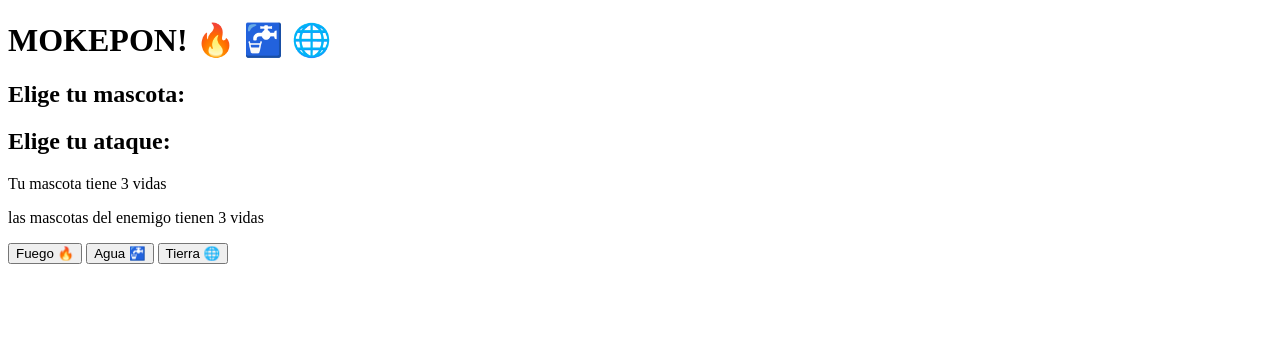
Repository: elto82/juegoMokepon
Page: mokepon/mokepon.html
The author's editor kept a copy of each file at every save. The page is drawn from the files as they stood at one save, then again after the next save.
The browser window is 1280 px wide. The pictures show the whole page.

Above is the page before, as saved 2022-07-22 20:07:40.

After the next save:
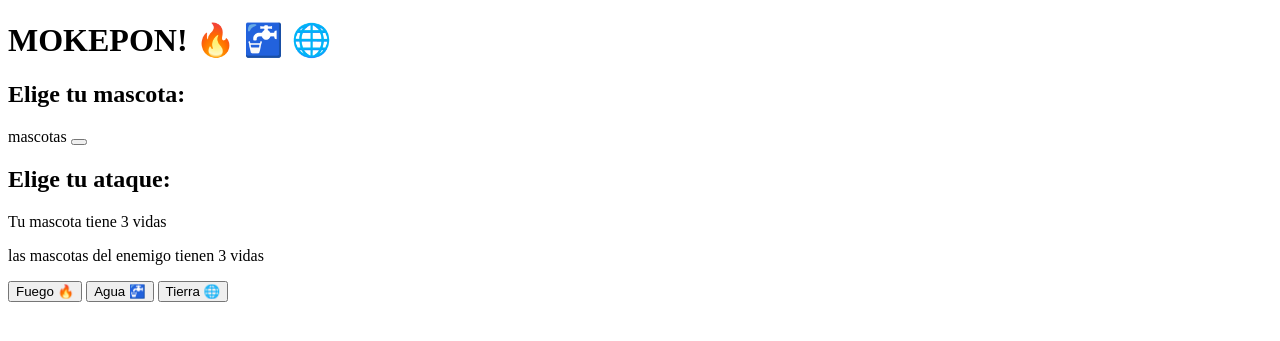
Saved 73 s later.
--- a/mokepon/mokepon.html
+++ b/mokepon/mokepon.html
@@ -11,6 +11,9 @@
 
   <section id="seleccionar-mascota">
     <h2>Elige tu mascota:</h2>
+
+    mascotas
+    <button></button>
   </section>
 
   <section id="seleccionar-ataque">
